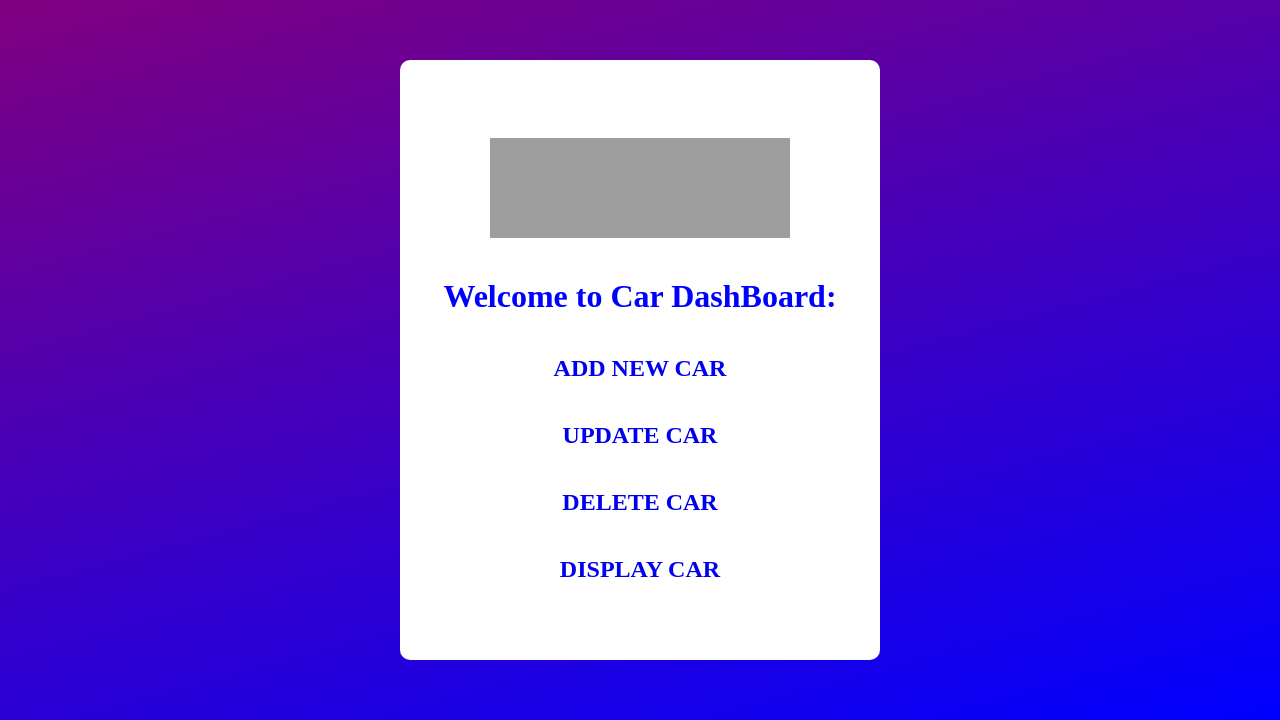
Repository: Dhirajkumar02/Advance-Java--J2EE-
Page: ServletProjecct_CarDB/src/main/webapp/index.html
These files come from the project's save history. The page is drawn as it stood at one moment and after the next save; the edit follows.
The browser window is 1280 px wide. The pictures show the whole page.
Pictures or frames that could not be fetched are drawn as grey boxes.

Above is the page before, as saved 2024-11-14 15:46:12.

After the next save:
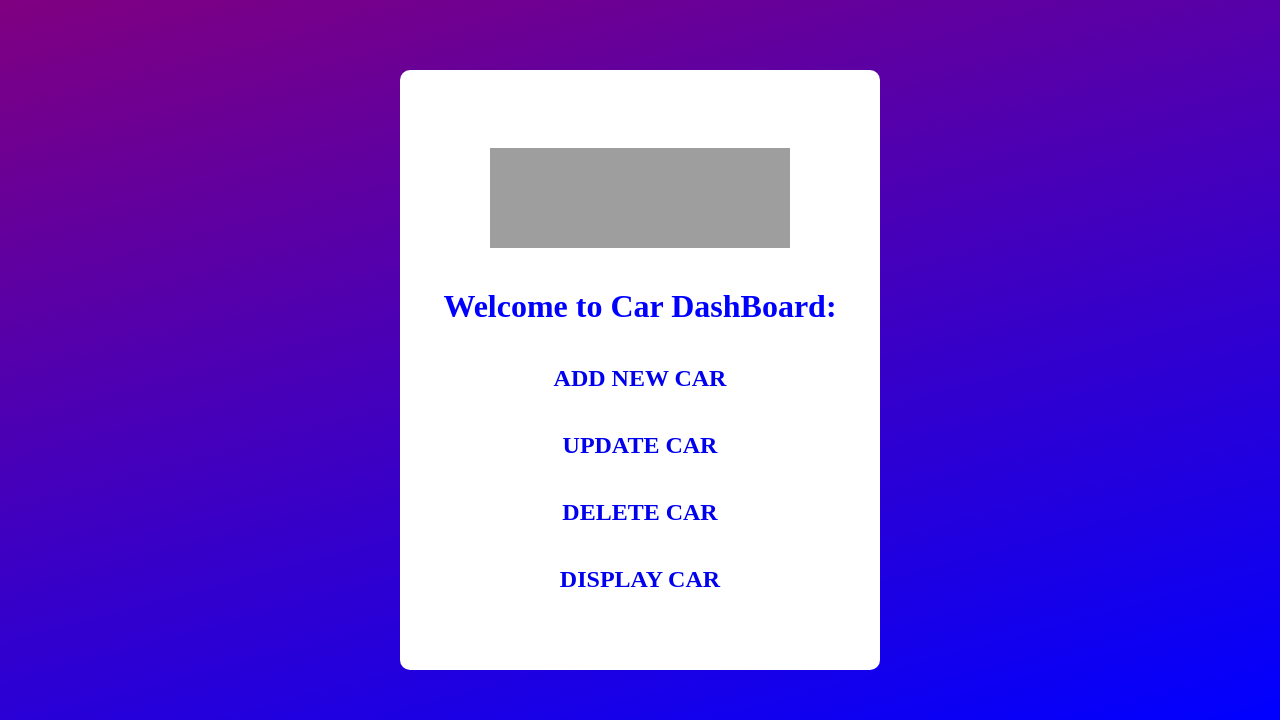
Saved 47 s later.
--- a/ServletProjecct_CarDB/src/main/webapp/index.html
+++ b/ServletProjecct_CarDB/src/main/webapp/index.html
@@ -21,6 +21,7 @@ div{
 */
 height: 600px;
 width: 480px;
+margin-top:20px;
 background: white;
 display: flex;
 justify-content: center;
